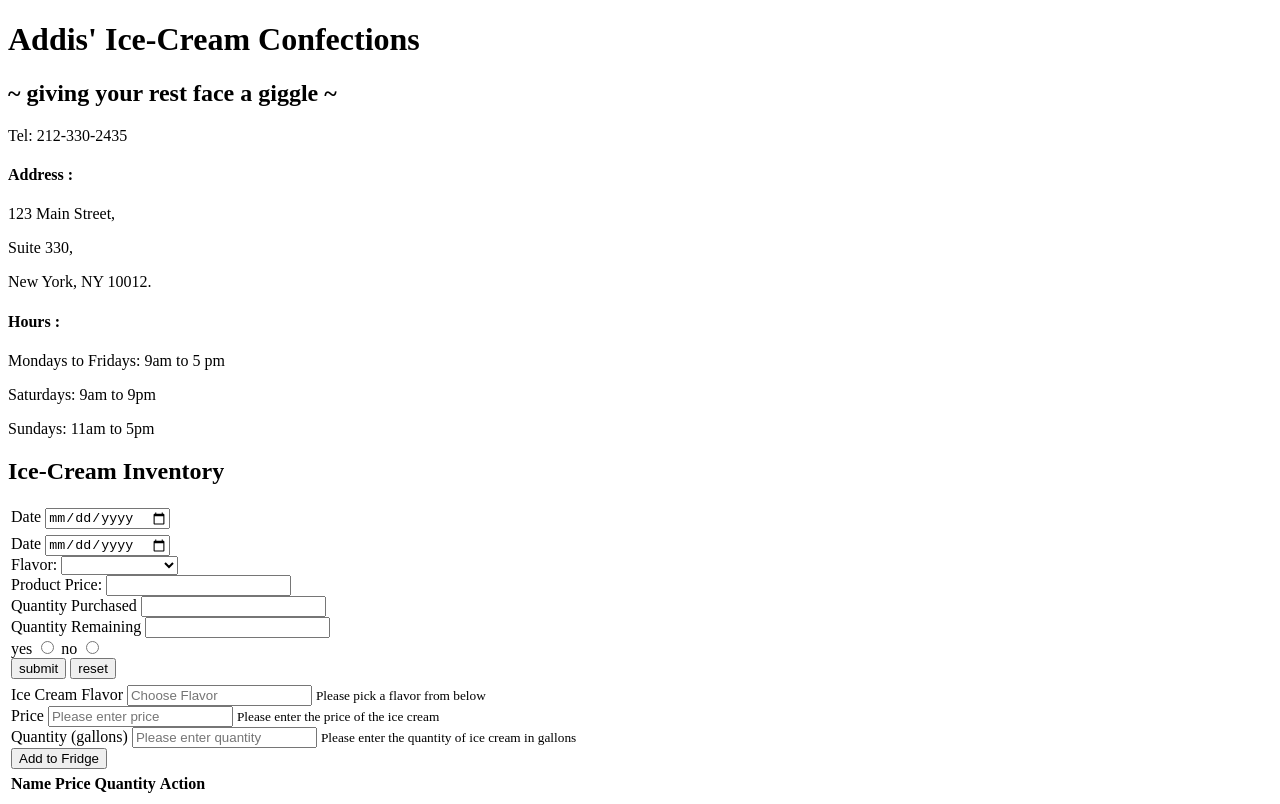
Repository: addisjackson/inventory-web-application
Page: index.html
The author's editor kept a copy of each file at every save. The page is drawn from the files as they stood at one save, then again after a run of saves.
The browser window is 1280 px wide. The pictures show the whole page.

Above is the page before, as saved 2023-07-05 18:08:48.

### index.html
<!DOCTYPE html>
<html lang="en">
<head>
    <meta charset="UTF-8">
    <meta name="viewport" content="width=, initial-scale=1.0">
    <meta http-equiv="X-UA-Compatible" content="ie=edge">
    <title>Inventory Web Application</title>
    <link rel="stylesheet" href="style.css">
    <script>
        function toggleNewFlavorInput() {
            const flavorSelect = document.getElementById("flavor");
            const newFlavorInput = document.getElementById("newFlavorInput");
            if (flavorSelect.value === "newFlavor") {
                newFlavorInput.style.display = "block";
            } else {
                newFlavorInput.style.display = "none";
            }
        }
    </script>
</head>
    <body>
    <div class="storename">
        <div class="header">
            <h1>Addis' Ice-Cream Confections</h1>
        </div>
    </div>
        <div class="slogon">
            <h2>~ giving your rest face a giggle ~</h2>
        </div>
        <div class="tel">
            <p>Tel: 212-330-2435</p>
        </div>
        <div class="addresshours">
            <div class="address">
                <h4>Address :</h4>
                <p>123 Main Street,</p>
                <p>Suite 330,</p>
                <p>New York, NY 10012.</p>
            </div>
        <div class="addresshours">
            <div class="hours">
                <h4>Hours :</h4>
                <p>Mondays to Fridays: 9am to 5 pm</p>
                <p>Saturdays: 9am to 9pm</p>
                <p>Sundays: 11am to 5pm</p>
            </div>
        </div>
        <div class="title">
            <h2>Ice-Cream Inventory</h2>
        </div>
            </div>
        <table>
            <tr>
                <td>
                    <form autocomplete="off" onsubmit="onFormSubmit()">
                        <div class="datename">
                            <label for="date">Date</label>
                            <input type="date" name="date" id="date">
                        </div>
                        <div class="datename">

                        </div>
                    </form>
                </td>
            </tr>
        </table>
        <table>
            <tr>
                <td>
                    <form autocomplete="off" onsubmit="onFormSubmit()">
                        <div class="datename">
                            <label for="date">Date</label>
                            <input type="date" name="date" id="date">
                        </div>
                        <div class="datename">
                            <label for="flavor">Flavor:</label>
                            <select id="flavor" onchange="toggleNewFlavorInput()">
                                <option value="Vanilla"></option>
                                <option value="Chocolate"></option>
                                <option value="Strawberry"></option>
                                <option value="Cookies and Cream"></option>
                                <option value="Cookie Dough"></option>
                                <option value="Butter Pecan"></option>
                                <option value="Birthday Cake"></option>
                                <option value="Rocky Road"></option>
                                <option value="Coffee"></option>
                                <option value="Pistachio"></option>
                                <option value="Chocolate Chip"></option>
                                <option value="Chocolate Chip Cookie Dough"></option>
                                <option value="Chocolate Peanut Butter"></option>
                                <option value="Chocolate Marshmallow"></option>
                                <option value="Chocolate Chip Mint"></option>
                                <option value="Chocolate Fudge Brownie"></option>
                                <option value="newFlavor">Flavor not listed</option>
                            </select>
                            <input type="text" id="newFlavorInput" name="newFlavor" style="display: none;">
                        </div>
                        <div>
                            <label for="productPrice">Product Price:</label>
                            <input type="number" name="productPrice" id="productPrice">
                        </div>
                        <div>
                            <label for="quantityPurchased">Quantity Purchased</label>
                            <input type="number" name="quantityPurchased" id="quantityPurchased">
                        </div>
                        <div>
                            <label for="quantityRemaining">Quantity Remaining</label>
                            <input type="number" name="quantityRemaining" id="quantityRemaining">
                        </div>
                        <div>
                            <label for="order">yes</label>
                            <input type="radio" id="order" name="order">
                            <label for="noorder">no</label>
                            <input type="radio" id="noorder" name="order">
                        </div>

                        <div class="form_action-button">
                            <input type="submit" value="submit">
                            <input type="reset" value="reset">
                        </div>
                    </form>
                <td>
            </tr>
        </table>
            <div class="form">
                <form name="inventory" id="form">
                    <table>
                        <tr>
                            <td>
                                <div class="form-control">
                                    <label for="iceCreamNames">Ice Cream Flavor</label>
                                    <input list="ice-cream-flavors" id="iceCreamNames" name="iceCreamNames"
                  placeholder="Choose Flavor" onchange="if (this.value=='10000'){userselect.
                  style.visibility='visible'}else {userselect.style.visibility='hidden'};">
                                    <small>Please pick a flavor from below</small>
                                    <datalist id="ice-cream-flavors">
                                    </datalist>
                                    <input type="textbox" name="10000" id="input" style="visibility:hidden;">
                                </div>
                                <div class="form-control">
                                    <label for="price">Price</label>
                                    <input type="number" id="price" name="price" placeholder="Please enter price" required>
                                    <small>Please enter the price of the ice cream</small>
                                </div>
                                <div class="form-control">
                                    <label for="quantity">Quantity (gallons)</label>
                                    <input type="number" id="quantity" name="quantity" placeholder="Please enter quantity" required>
                                    <small>Please enter the quantity of ice cream in gallons</small>
                                </div>
                                <button type="submit">Add to Fridge</button>
                             </form>
                            </td>
                        </tr>
                    </table>

            </div>
            <div class="table">
                <table id="table">
                    <thead>
                        <tr>
                            <th>Name</th>
                            <th>Price</th>
                            <th>Quantity</th>
                            <th>Action</th>
                        </tr>
                    </thead>
                    <tbody id="tbody">
                    </tbody>
                </table>
            </div>
        </div>
    </div>

Loaded but not shown: style.css (no copy from this time; the picture is the same without it)

After the next 4 saves:
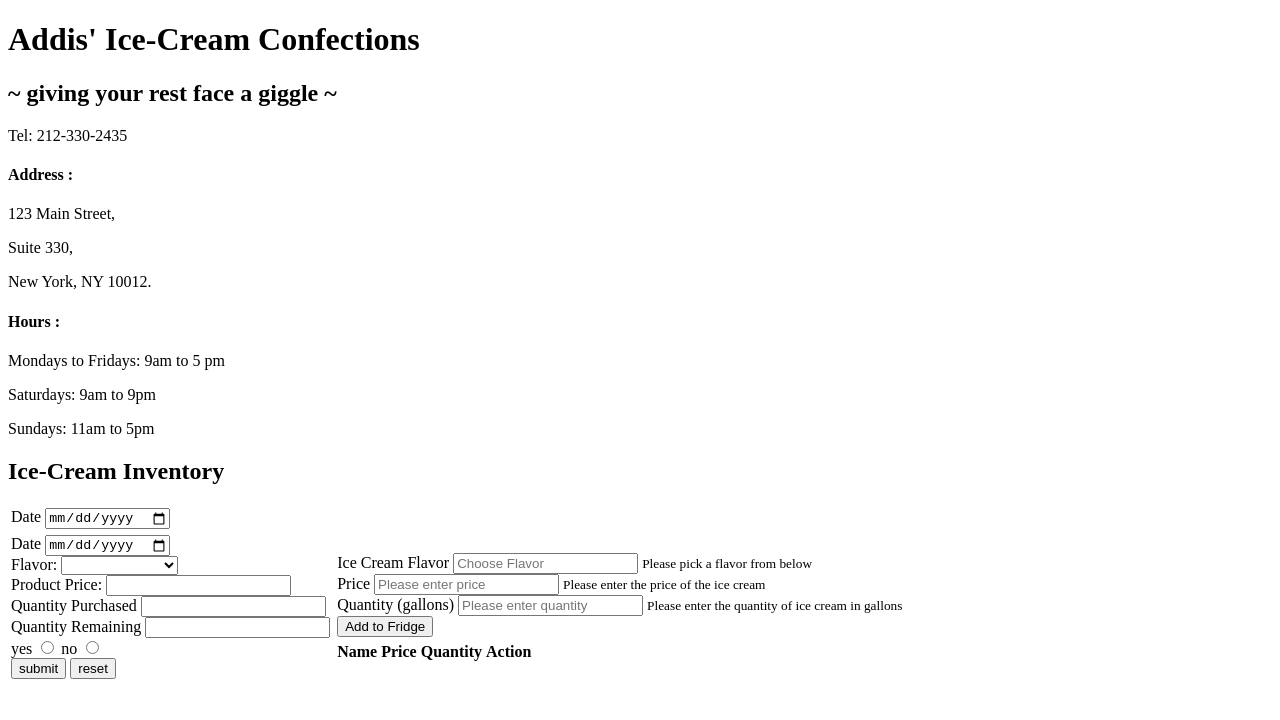
The 4 saves are shown as one change because they came seconds apart.
The last was saved 18 s later.
--- a/index.html
+++ b/index.html
@@ -120,6 +120,7 @@
                         </div>
                     </form>
                 <td>
+                    <table
             </tr>
         </table>
             <div class="form">
